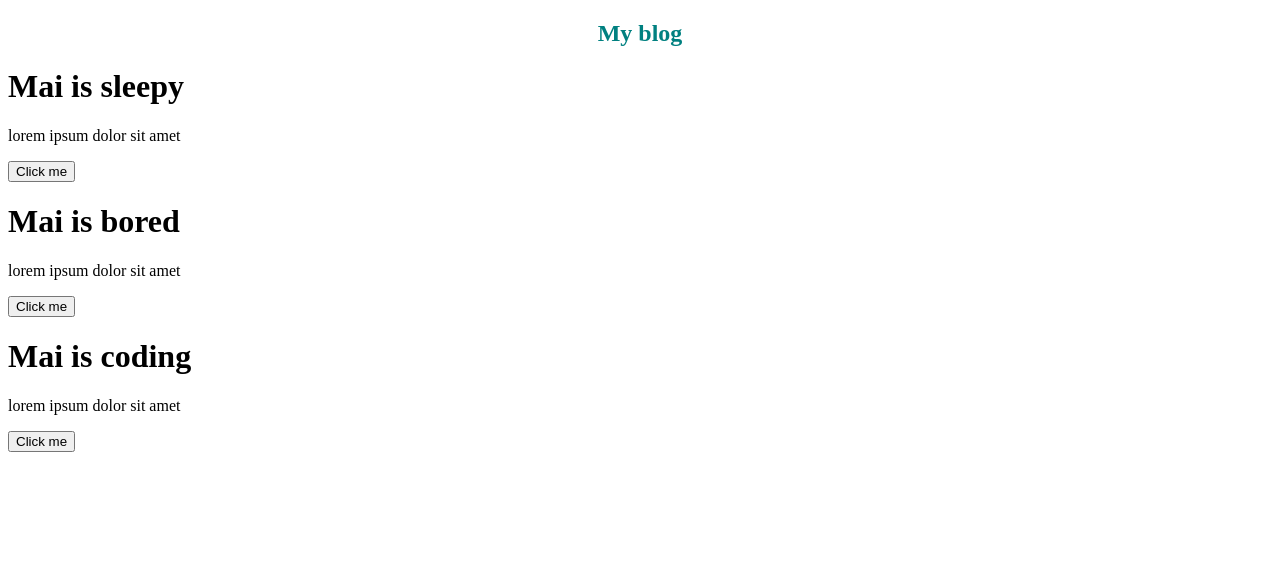
Repository: MaiCrespo/BlogEntry
Page: /
These files come from the project's save history. The page is drawn as it stood at one moment and after the next save; the edit follows.
The browser window is 1280 px wide. The pictures show the whole page.
The project was rebuilt for these pictures with package versions that can differ from the ones it lists, and the page was loaded fresh each time. Also part of the build but not shown: vite.config.js.

Above is the page before, as saved 2025-09-10 13:57:47.

### index.html
<!DOCTYPE html>
<html lang="en">
  <head>
    <meta charset="UTF-8" />
    <link rel="icon" type="image/png+xml" href="/FaviconWilbur.png" />
    <meta name="viewport" content="width=device-width, initial-scale=1.0" />
    <title>Mai yahoo</title>
  </head>
  <body>
    <div id="root"></div>
    <script type="module" src="/src/main.jsx"></script>
  </body>
</html>

### src/index.css
h2 {
  color: teal;
  text-align: center;
}

### src/App.jsx
import BlogEntry from "./BlogEntry.jsx";
function App() {
  return (
    <div>
      <h2>My blog</h2>
      <BlogEntry title="Mai is sleepy" summary="lorem ipsum dolor sit amet" />
      <BlogEntry title="Mai is bored" summary="lorem ipsum dolor sit amet" />
      <BlogEntry title="Mai is coding" summary="lorem ipsum dolor sit amet" />
    </div>
  );
}

export default App;

### src/BlogEntry.jsx
function BlogEntry(props) {
  const buttonLabel = "Click me";
  return (
    <div>
      <h1>{props.title}</h1>
      <p>{props.summary}</p>
      <button>{buttonLabel}</button>
    </div>
  );
}
export default BlogEntry;

Loaded but not shown: src/main.jsx (common file)

After the next save:
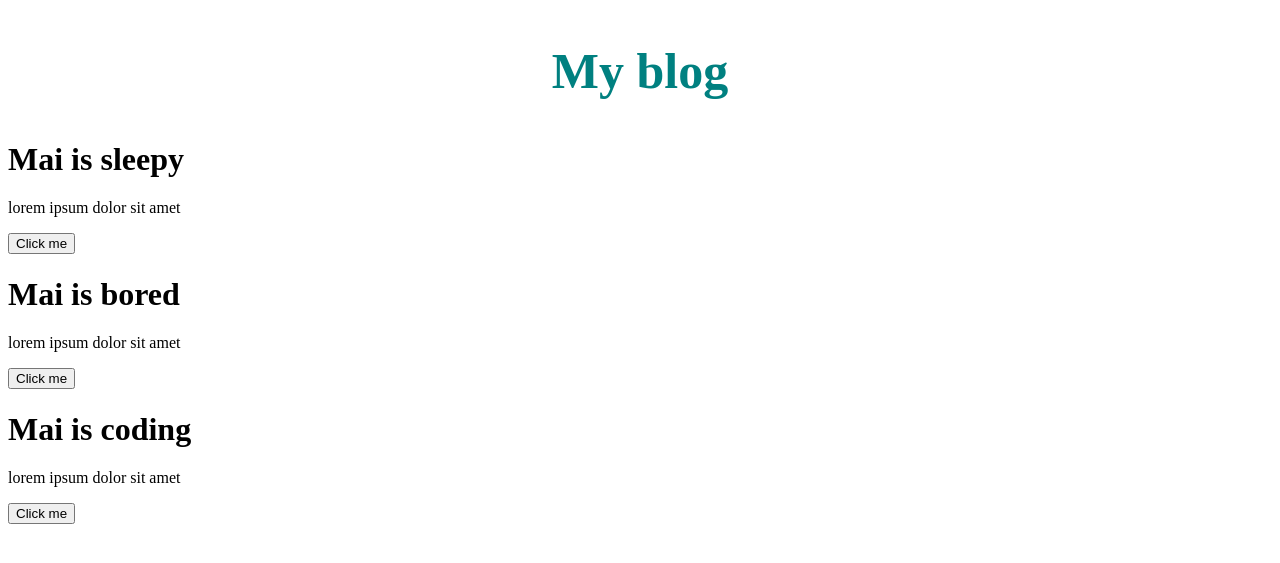
Saved 30 s later.
--- a/src/index.css
+++ b/src/index.css
@@ -1,4 +1,5 @@
 h2 {
   color: teal;
   text-align: center;
+  font-size: 50px;
 }

After the save that followed:
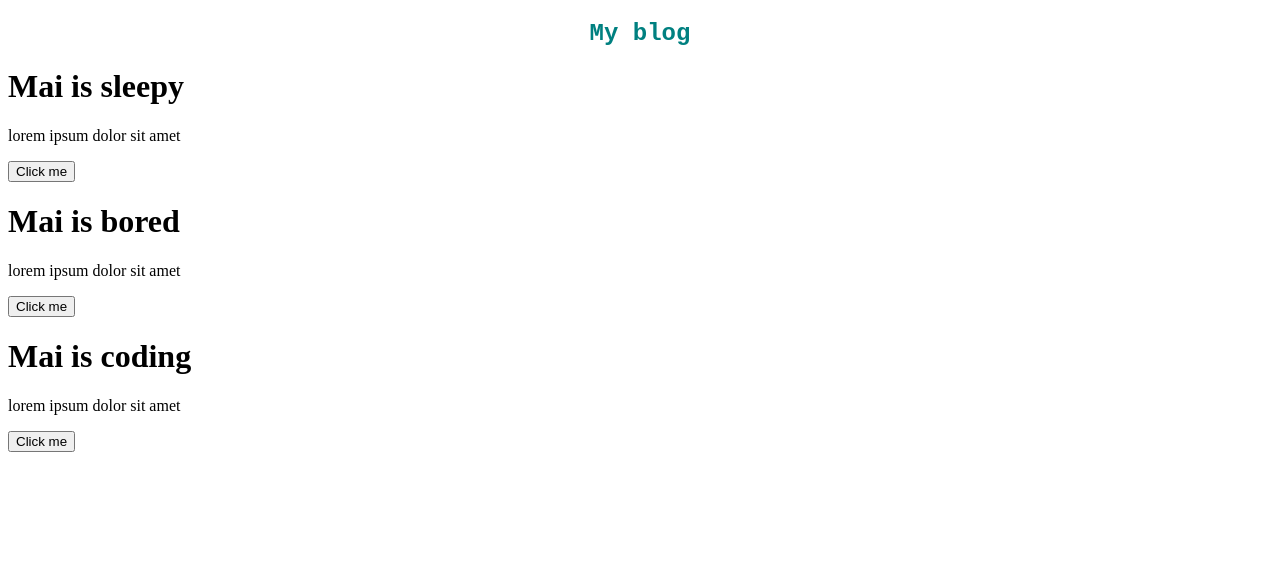
Saved 15 s later.
--- a/src/index.css
+++ b/src/index.css
@@ -1,5 +1,5 @@
 h2 {
   color: teal;
   text-align: center;
-  font-size: 50px;
+  font-family: "Courier New", Courier, monospace;
 }
